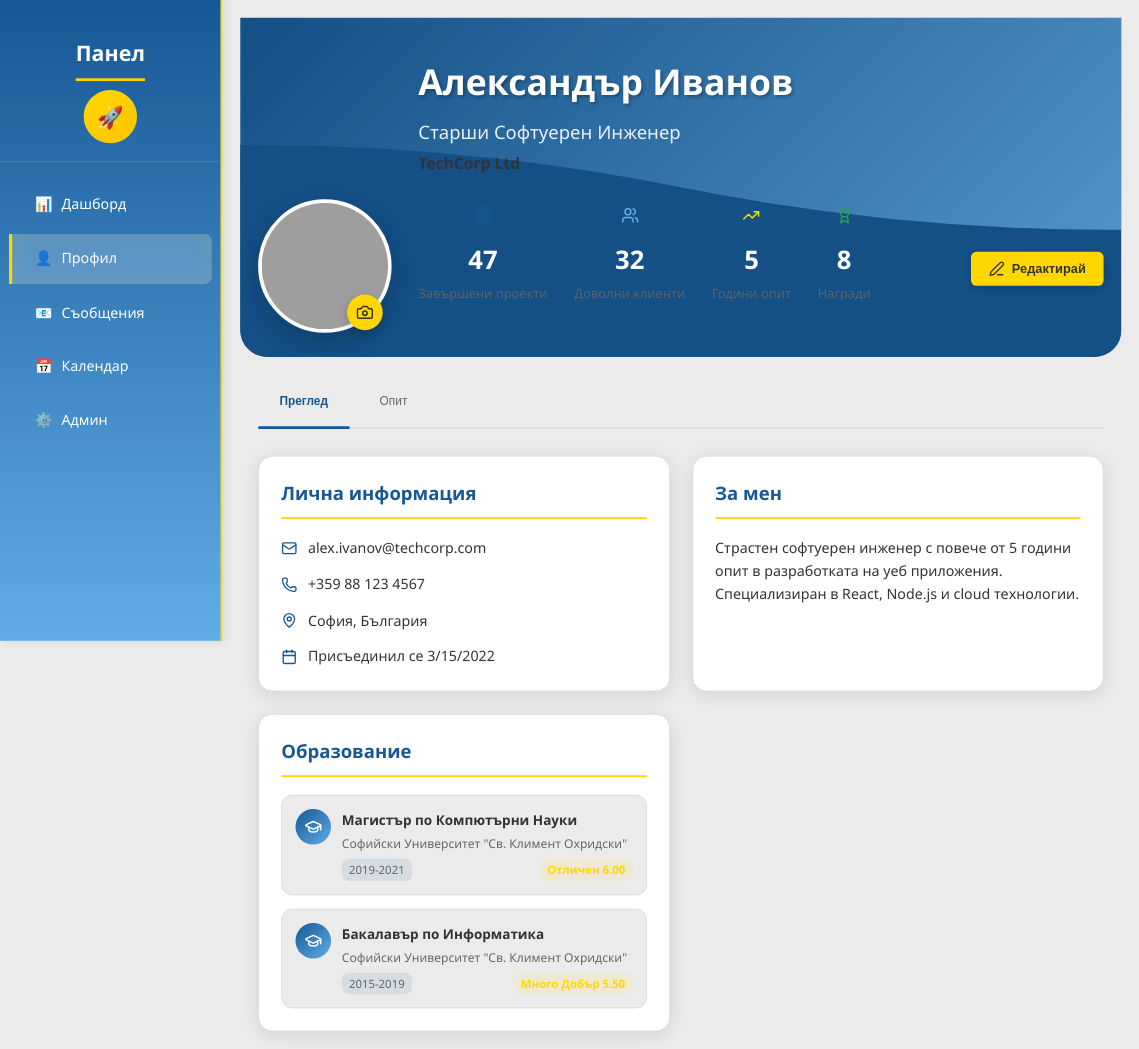
Repository: BorisSavianov/doxa-frontend
Page: /profile
The author's editor kept a copy of each file at every save. The page is drawn from the files as they stood at one save, then again after the next save.
The browser window is 1280 px wide. The pictures show the whole page, at 89% of full size.
Pictures or frames that could not be fetched are drawn as grey boxes. The project was rebuilt for these pictures with package versions that can differ from the ones it lists, and the page was loaded fresh each time. Also part of the build but not shown: vite.config.js, src/components/Layout/Header.jsx, src/components/Charts/SimpleChart.jsx, src/pages/Dashboard.jsx, src/pages/Inbox.css, src/pages/Inbox.jsx, src/pages/Calendar.css, src/pages/Calendar.jsx and 1 more.

Above is the page before, as saved 2025-10-24 13:50:18.

After the next save:
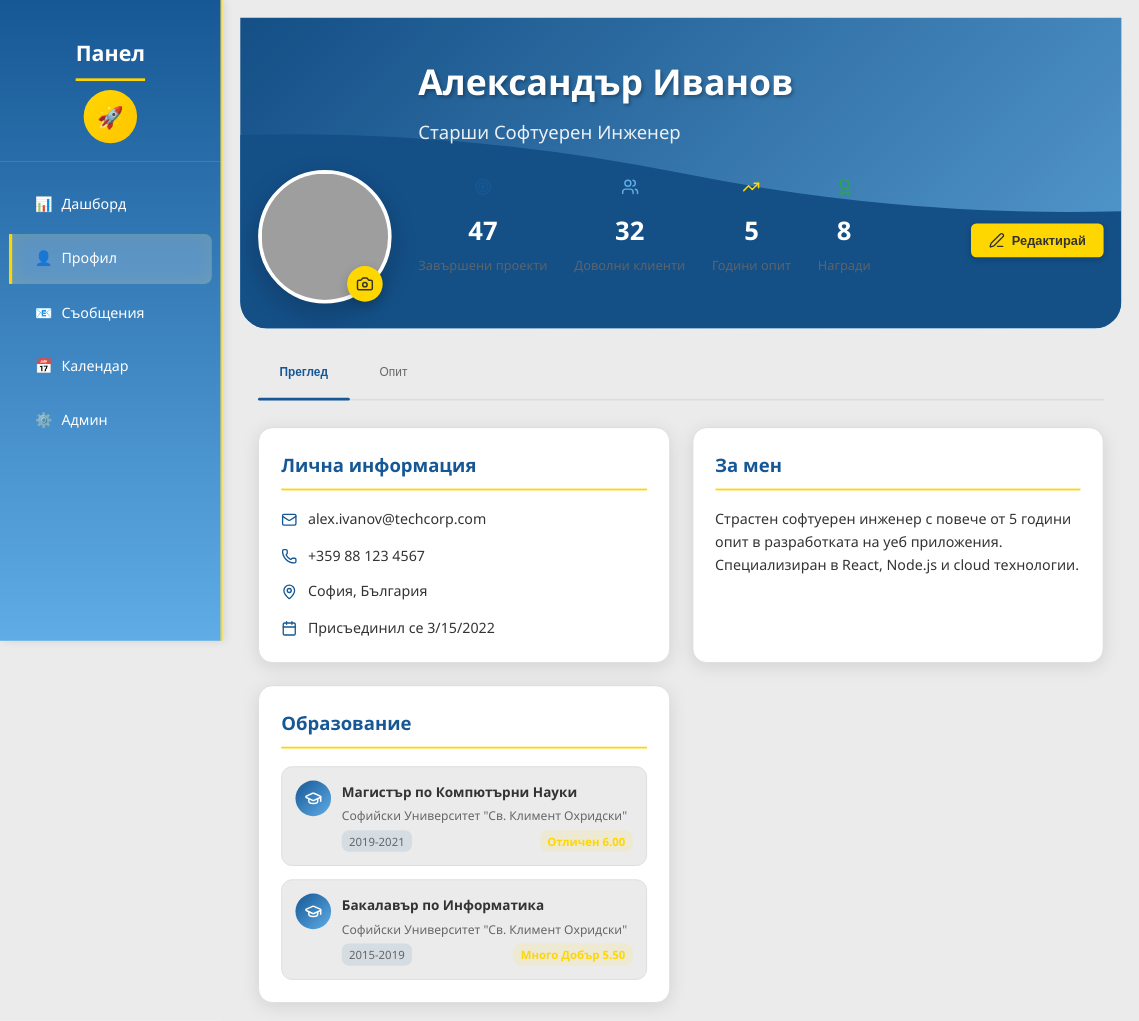
Saved 36 s later.
--- a/src/pages/Profile.jsx
+++ b/src/pages/Profile.jsx
@@ -30,7 +30,7 @@ const Profile = () => {
     firstName: 'Александър',
     lastName: 'Иванов',
     position: t('Старши Софтуерен Инженер', 'Senior Software Engineer'),
-    company: 'TechCorp Ltd',
+
     university: t('Софийски Университет "Св. Климент Охридски"', 'Sofia University "St. Kliment Ohridski"'),
     degree: t('Магистър по Компютърни Науки', 'Master of Computer Science'),
     email: 'alex.ivanov@techcorp.com',
